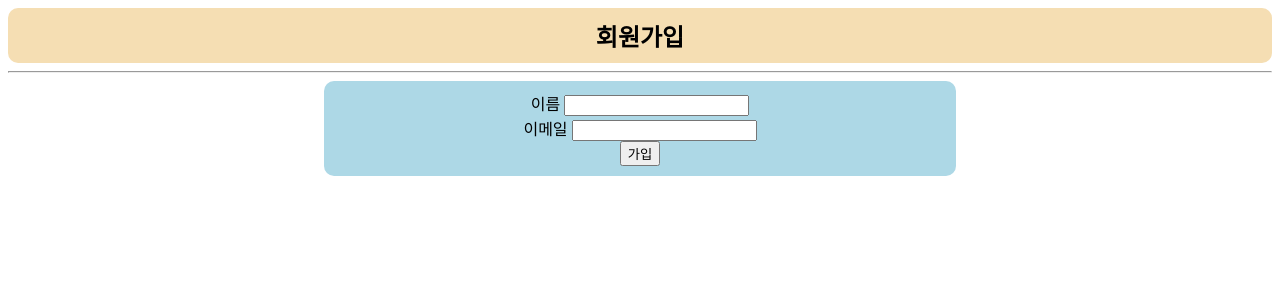
Repository: ineble/demo1
Page: test/src/main/webapp/ch03/regfrom1.html
These files come from the project's save history. The page is drawn as it stood at one moment and after the next save; the edit follows.
The browser window is 1280 px wide. The pictures show the whole page.

Above is the page before, as saved 2022-08-03 01:22:02.

### test/src/main/webapp/ch03/regfrom1.html
<!DOCTYPE html>
<html>
<head>
<meta charset="utf-8">
<title>Insert title here</title>
<style type="text/css">
	h2 {
		background-color: wheat;
		text-align : center;
		width : 100%;
		padding : 10px 0px;
		border-radius : 10px;
		margin : auto;
	}
	#regform{
		text-align : center;
		width : 50%;
		padding : 10px 0px;
		margin : auto;
		background-color: lightblue;
		border-radius : 10px;
	}

</style>

</head>
<body>
	<h2>회원가입</h2>
	<hr>
	<div id="regform">
		<form name="form1">
			<label>이름</label>
			<input type="text" name="name"> <br>
			<label>이메일</label>
			<input type="email" name="email"> <br>
			<button onclick="join()">가입</button>
		</form>
	</div>
</body>
</html>

After the next save:
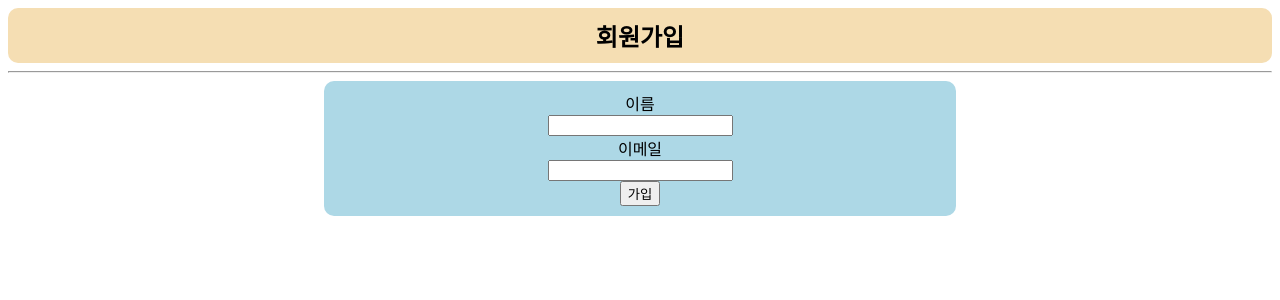
Saved 36 s later.
--- a/test/src/main/webapp/ch03/regfrom1.html
+++ b/test/src/main/webapp/ch03/regfrom1.html
@@ -29,9 +29,9 @@
 	<hr>
 	<div id="regform">
 		<form name="form1">
-			<label>이름</label>
+			<label>이름</label> <br>
 			<input type="text" name="name"> <br>
-			<label>이메일</label>
+			<label>이메일</label> <br>
 			<input type="email" name="email"> <br>
 			<button onclick="join()">가입</button>
 		</form>
